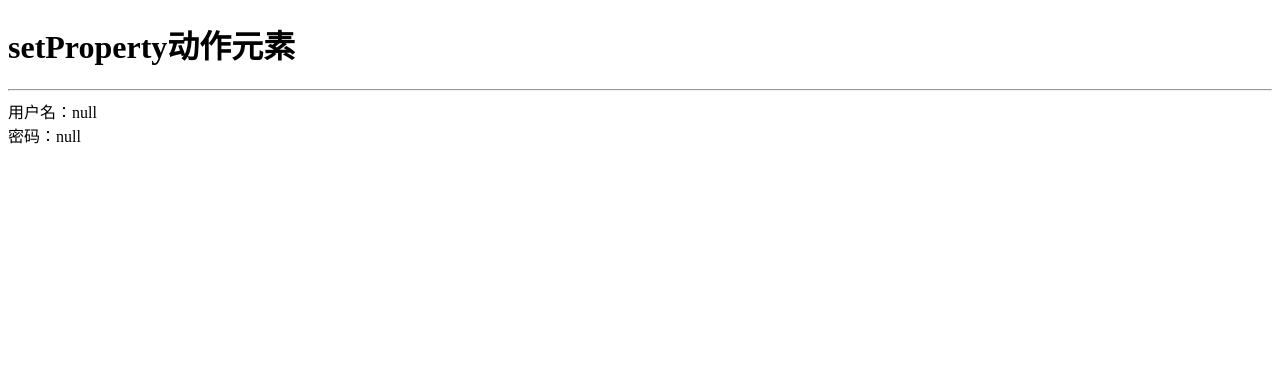
Repository: winxblast/myJavaLearn
Page: http://localhost/JavabeansDemo1/dologin.jsp
An editor plug-in stored every save of this project. The page is shown before and after the next save, followed by the edit.
The browser window is 1280 px wide. The pictures show the whole page.
The page is served by Tomcat 9.

Above is the page before, as saved 2017-05-30 08:09:28.

After the next save:
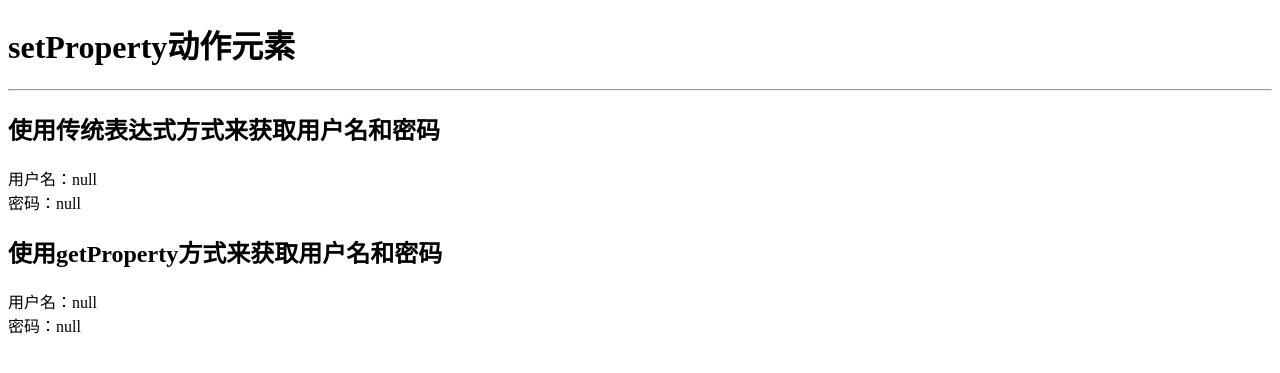
Saved 2 min 38 s later.
--- a/JavaEE/JavabeansDemo1/WebContent/dologin.jsp
+++ b/JavaEE/JavabeansDemo1/WebContent/dologin.jsp
@@ -30,7 +30,14 @@
 	<jsp:setProperty name="myUsers" property="username"/>
 	<jsp:setProperty name="myUsers" property="password" param="mypass"/>
 
+	<!-- 使用传统表达式方式来获取用户名和密码 -->
+	<h2>使用传统表达式方式来获取用户名和密码</h2>
 	用户名：<%=myUsers.getUsername() %><br>
 	密码：<%=myUsers.getPassword() %><br>
+
+	<!-- 使用getProperty方式来获取用户名和密码 -->
+	<h2>使用getProperty方式来获取用户名和密码</h2>
+	用户名：<jsp:getProperty property="username" name="myUsers"/><br>
+	密码：<jsp:getProperty property="password" name="myUsers"/><br>
 </body>
 </html>
